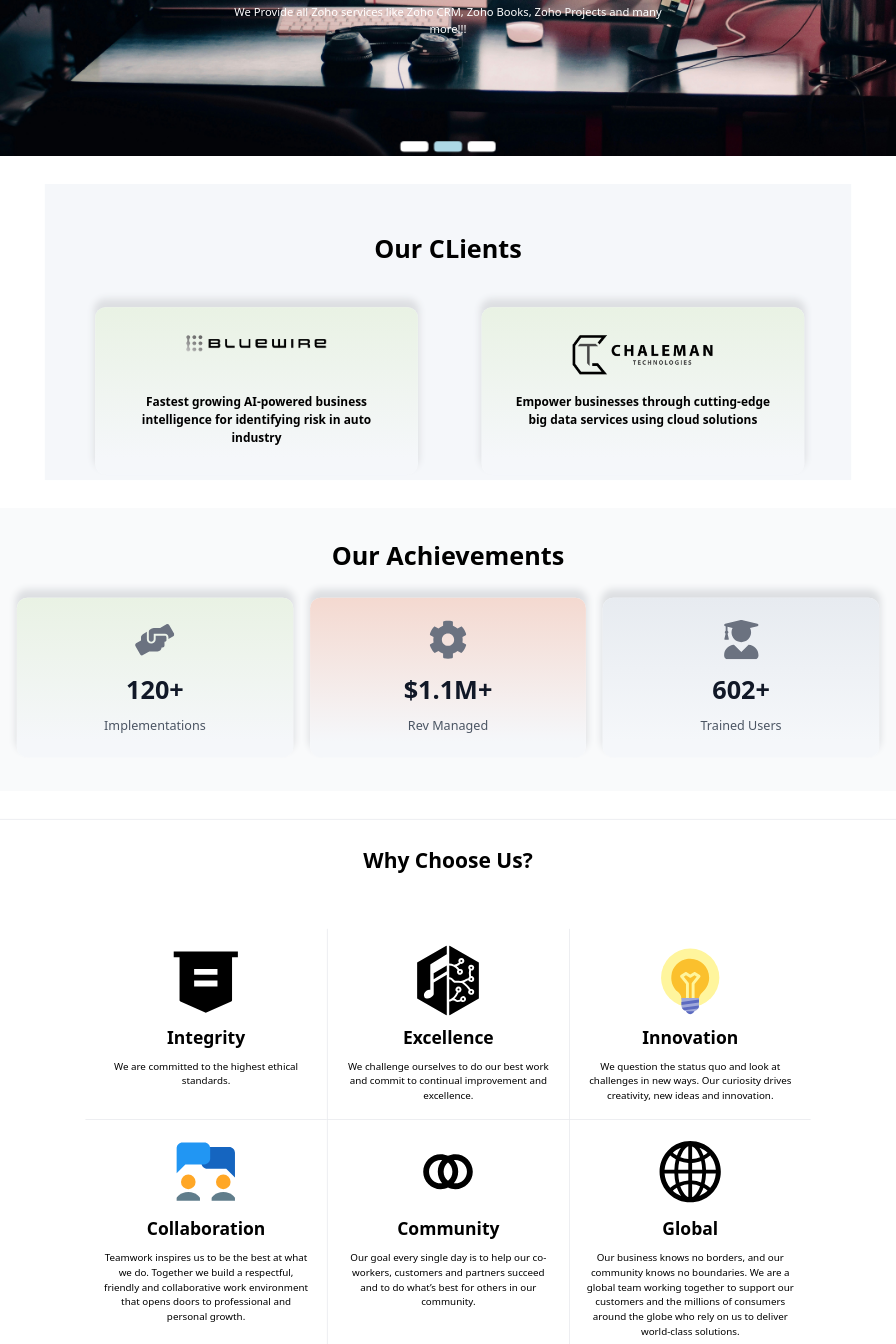
Repository: huzaifaBitCloud/BitCloud-website
Page: /
The author's editor kept a copy of each file at every save. The page is drawn from the files as they stood at one save, then again after the next save.
The browser window is 1280 px wide. The pictures show the part of the page from y = 577 to 2497 px (the page is 2742 px tall), at 70% of full size.
The project was rebuilt for these pictures with package versions that can differ from the ones it lists, and the page was loaded fresh each time. The framework's server and built-in components were replaced by stand-ins that run in the browser. Also part of the build but not shown: next.config.mjs.

Above is the page before, as saved 2025-01-13 16:36:41.

After the next save:
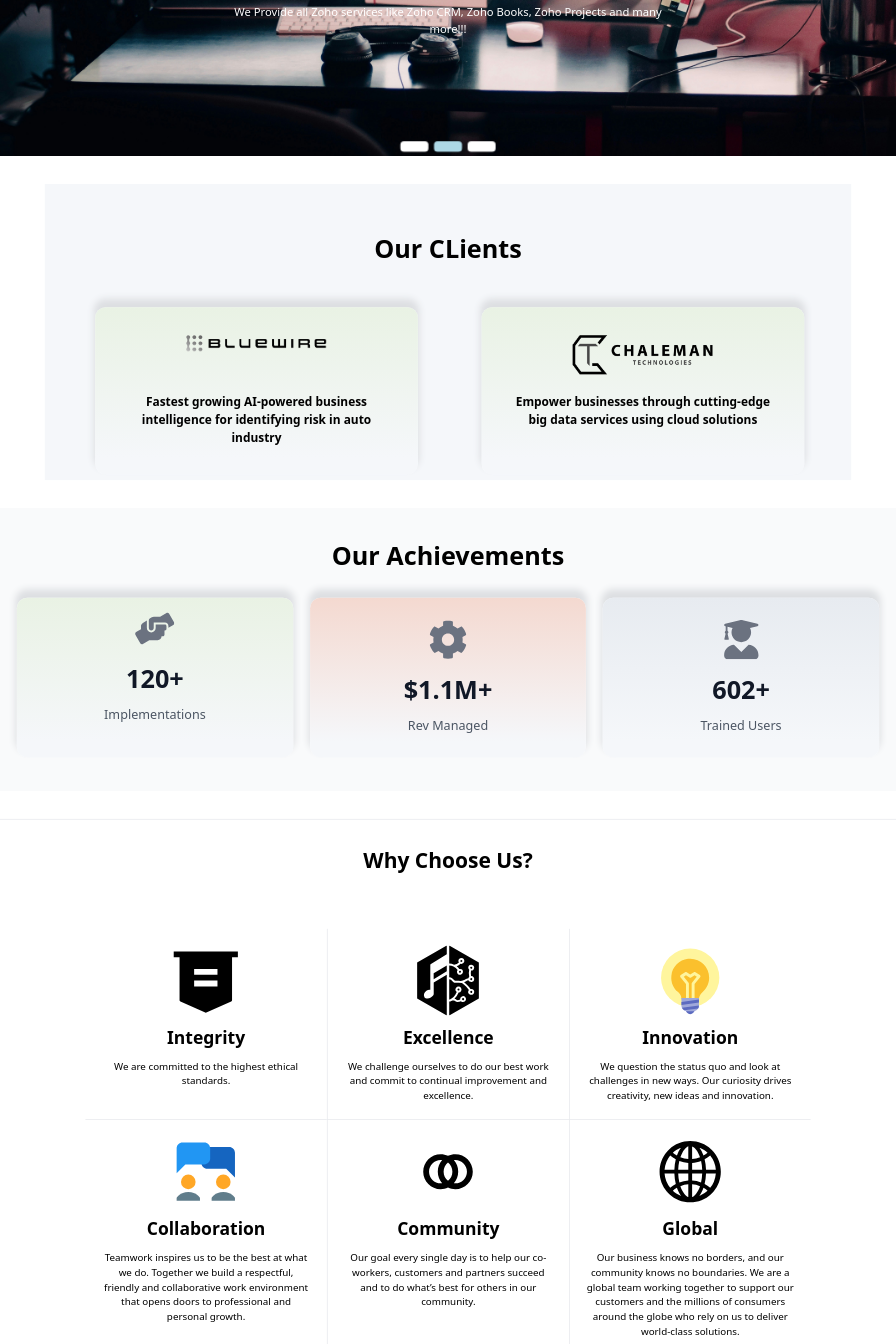
Saved 10 s later.
--- a/src/components/Achievements.tsx
+++ b/src/components/Achievements.tsx
@@ -19,7 +19,7 @@
         {/* Achievements Grid */}
         <div className="grid grid-cols-1 md:grid-cols-3 gap-6">
           {/* Card 1 */}
-          <div className="bg-gradient-to-r from-green-50 to-green-100 p-8 rounded-2xl shadow-lg text-center transform transition duration-700 hover:-translate-x-6 custom-cards-ourClient">
+          <div className="bg-gradient-to-r from-green-50 to-green-100 p-4 rounded-2xl shadow-lg text-center transform transition duration-700 hover:-translate-x-6 custom-cards-ourClient">
             <div className="flex justify-center items-center mb-6">
               <FaHandsHelping className="w-14 h-14 text-gray-500" />
             </div>

After the save that followed:
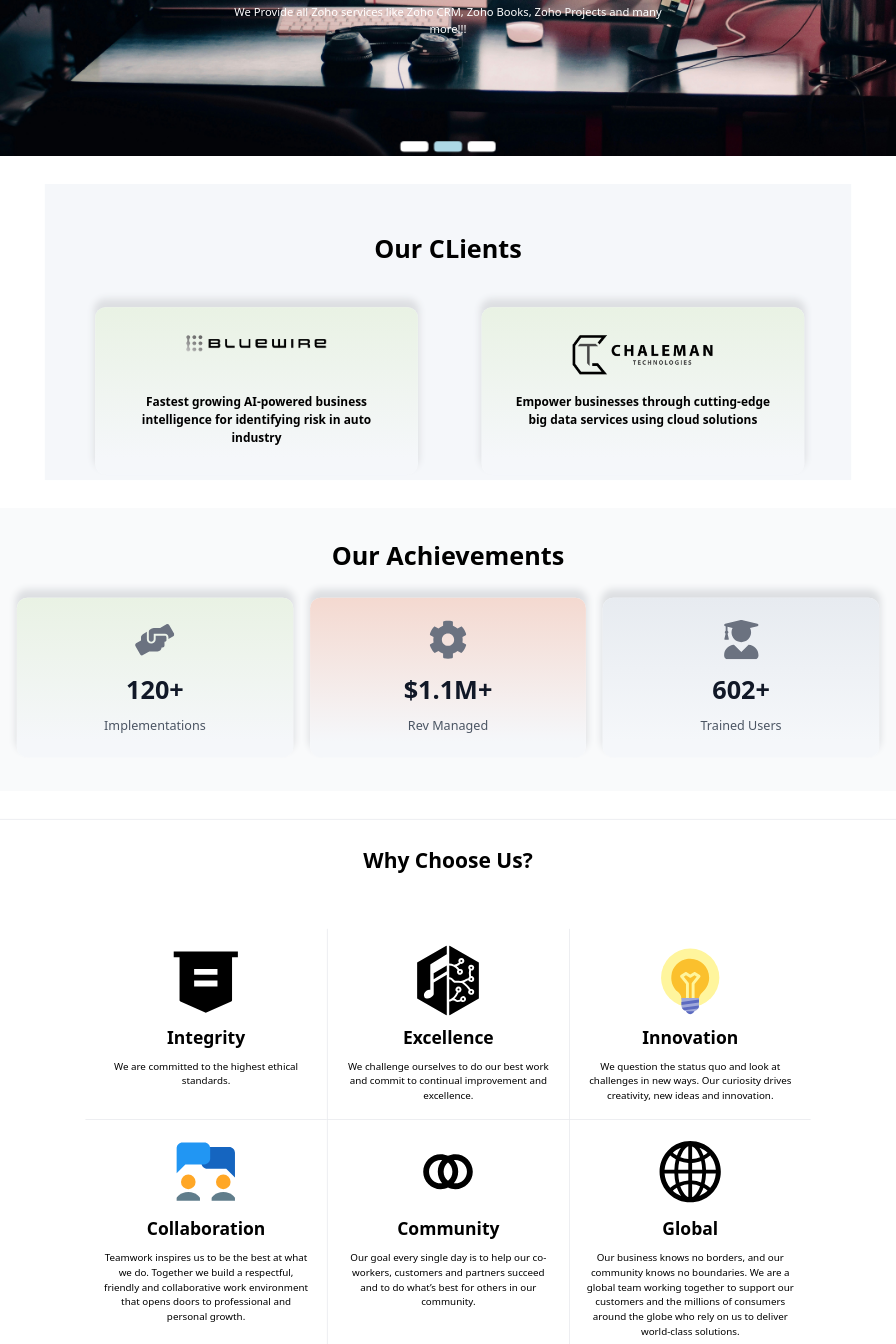
Saved 15 s later.
--- a/src/components/Achievements.tsx
+++ b/src/components/Achievements.tsx
@@ -19,7 +19,7 @@
         {/* Achievements Grid */}
         <div className="grid grid-cols-1 md:grid-cols-3 gap-6">
           {/* Card 1 */}
-          <div className="bg-gradient-to-r from-green-50 to-green-100 p-4 rounded-2xl shadow-lg text-center transform transition duration-700 hover:-translate-x-6 custom-cards-ourClient">
+          <div className="bg-gradient-to-r from-green-50 to-green-100 p-8 rounded-2xl shadow-lg text-center transform transition duration-700 hover:-translate-x-6 custom-cards-ourClient">
             <div className="flex justify-center items-center mb-6">
               <FaHandsHelping className="w-14 h-14 text-gray-500" />
             </div>
